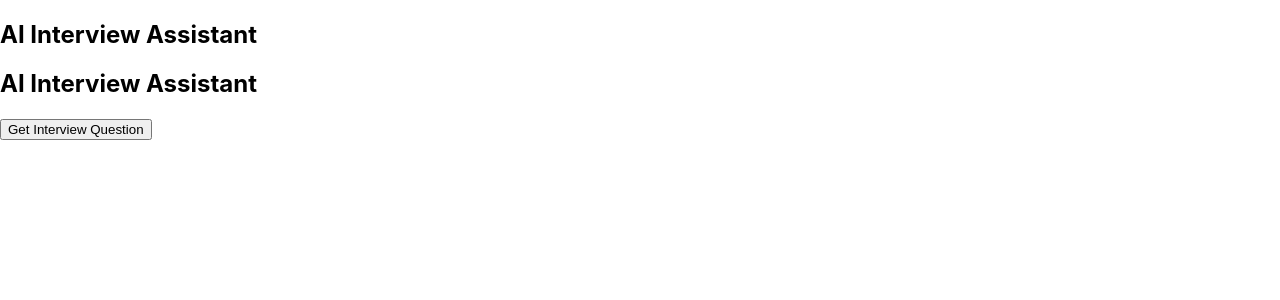
Repository: Atharva-1512/ai-interview-assistant
Page: / (app in frontend/)
An editor plug-in stored every save of this project. The page is shown before and after the next save, followed by the edit.
The browser window is 1280 px wide. The pictures show the whole page.
The project was rebuilt for these pictures with package versions that can differ from the ones it lists, and the page was loaded fresh each time.

Above is the page before, as saved 2026-03-10 18:37:07.

After the next save:
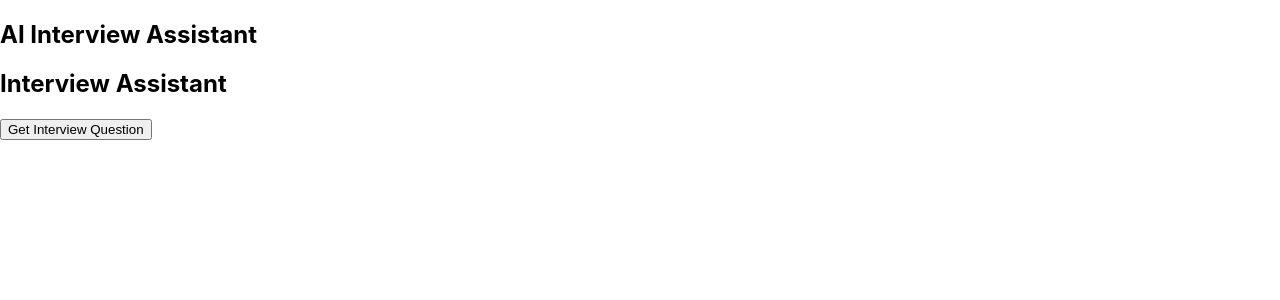
Saved 87 s later.
--- a/frontend/src/pages/Interview.js
+++ b/frontend/src/pages/Interview.js
@@ -25,7 +25,7 @@ function Interview() {
   return (
     <div>
 
-      <h2>AI Interview Assistant</h2>
+      <h2>Interview Assistant</h2>
 
       <button onClick={fetchQuestion}>
         Get Interview Question
